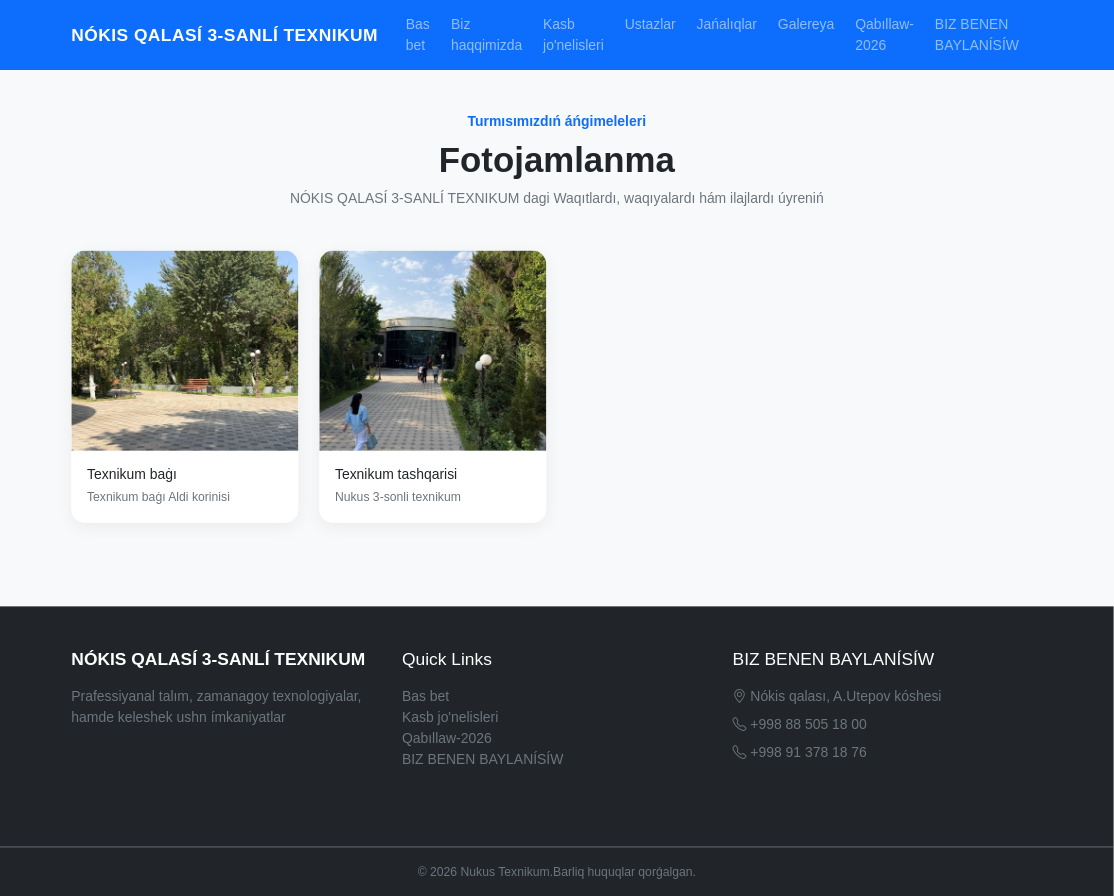
Repository: Neptunescorp/nukus_technicum
Page: http://localhost/gallery/
The author's editor kept a copy of each file at every save. The page is drawn from the files as they stood at one save, then again after the next save.
The browser window is 1280 px wide. The pictures show the whole page, at 87% of full size.
The page is served by the project's application, run on Django 5.2 (manage.py). Other server files are loaded and not shown. The page reads the database file committed with the project.

Above is the page before, as saved 2026-08-19 12:23:15.

### gallery/templates/gallery/list.html
{% extends "base.html" %}

{% block title %}
Galereya | NÓKIS QALASÍ 3-SANLÍ TEXNIKUM
{% endblock %}


{% block content %}

<section class="py-5">

    <div class="container">

        <div class="text-center mb-5">

            <span class="text-primary fw-semibold">
                Turmısımızdıń áńgimeleleri
            </span>

            <h1 class="fw-bold mt-2">
                Fotojamlanma
            </h1>

            <p class="text-secondary">
                NÓKIS QALASÍ 3-SANLÍ TEXNIKUM dagi
                Waqıtlardı, waqıyalardı hám ilajlardı úyreniń

            </p>

        </div>


        <div class="row g-4">

            {% for image in images %}

            <div class="col-6 col-md-4 col-lg-3">

                <div class="gallery-card">

                    <a
                        href="{{ image.image.url }}"
                        target="_blank"
                    >

                        <img
                            src="{{ image.image.url }}"
                            alt="{{ image.title }}"
                            class="gallery-image"
                        >

                    </a>


                    {% if image.title %}

                    <div class="gallery-caption">

                        <h6 class="mb-1">
                            {{ image.title }}
                        </h6>

                        {% if image.description %}

                        <small>
                            {{ image.description|truncatewords:12 }}
                        </small>

                        {% endif %}

                    </div>

                    {% endif %}

                </div>

            </div>

            {% empty %}

            <div class="col-12">

                <div class="text-center py-5">

                    <i
                        class="bi bi-images text-primary"
                        style="font-size:60px;"
                    ></i>

                    <h4 class="mt-3">
                        Galereya bos
                    </h4>

                    <p class="text-secondary">
                        Texnikumdan suretler pát tez arada
                        bulmanda payda boladı.
                    </p>

                </div>

            </div>

            {% endfor %}

        </div>

    </div>

</section>

{% endblock %}

### templates/base.html
{% load static %}

<!DOCTYPE html>
<html lang="en">
<head>
    <meta charset="UTF-8">
    <meta name="viewport" content="width=device-width, initial-scale=1.0">

    <title>{% block title %}NÓKIS QALASÍ 3-SANLÍ TEXNIKUM{% endblock %}</title>

    <!-- Bootstrap -->
    <link
        href="https://cdn.jsdelivr.net/npm/bootstrap@5.3.3/dist/css/bootstrap.min.css"
        rel="stylesheet"
    >

    <!-- Bootstrap Icons -->
    <link
        rel="stylesheet"
        href="https://cdn.jsdelivr.net/npm/bootstrap-icons@1.11.3/font/bootstrap-icons.min.css"
    >

    <!-- Custom CSS -->
    <link rel="stylesheet" href="{% static 'css/style.css' %}">
</head>

<body>

<!-- ================= NAVBAR ================= -->

<nav class="navbar navbar-expand-lg navbar-dark bg-primary sticky-top">
    <div class="container">

        <a class="navbar-brand fw-bold" href="/">
            NÓKIS QALASÍ 3-SANLÍ TEXNIKUM
        </a>

        <button
            class="navbar-toggler"
            type="button"
            data-bs-toggle="collapse"
            data-bs-target="#mainNavbar"
        >
            <span class="navbar-toggler-icon"></span>
        </button>

        <div class="collapse navbar-collapse" id="mainNavbar">

            <ul class="navbar-nav ms-auto">

                <li class="nav-item">
                    <a class="nav-link" href="/">Bas bet</a>
                </li>

                <li class="nav-item">
                    <a class="nav-link" href="/about/">Biz haqqimizda</a>
                </li>

                <li class="nav-item">
                    <a class="nav-link" href="/specialties/">Kasb jo'nelisleri</a>
                </li>

                <li class="nav-item">
                    <a class="nav-link" href="/teachers/">Ustazlar</a>
                </li>

                <li class="nav-item">
                    <a class="nav-link" href="/news/">Jańalıqlar </a>
                </li>

                <li class="nav-item">
                    <a class="nav-link" href="/gallery/">
                        Galereya
                    </a>
                </li>

                <li class="nav-item">
                    <a class="nav-link" href="/admissions/">Qabıllaw-2026 </a>
                </li>

                <li class="nav-item">
                    <a class="nav-link" href="/contact/">BIZ BENEN BAYLANÍSÍW</a>
                </li>

            </ul>

        </div>
    </div>
</nav>


<!-- ================= MAIN CONTENT ================= -->

<main>
    {% block content %}
    {% endblock %}
</main>


<!-- ================= FOOTER ================= -->

<footer class="bg-dark text-white mt-5">

    <div class="container py-5">

        <div class="row">

            <div class="col-md-4 mb-4">

                <h5 class="fw-bold">
                    NÓKIS QALASÍ 3-SANLÍ TEXNIKUM
                </h5>

                <p class="text-secondary">
                    Prafessiyanal talım, zamanagoy texnologiyalar,
                    hamde keleshek ushn ímkaniyatlar
                </p>

            </div>


            <div class="col-md-4 mb-4">

                <h5>Quick Links</h5>

                <ul class="list-unstyled">

                    <li>
                        <a href="/" class="text-secondary text-decoration-none">
                            Bas bet
                        </a>
                    </li>

                    <li>
                        <a href="/specialties/" class="text-secondary text-decoration-none">
                            Kasb jo'nelisleri
                        </a>
                    </li>

                    <li>
                        <a href="/admissions/" class="text-secondary text-decoration-none">
                            Qabıllaw-2026
                        </a>
                    </li>

                    <li>
                        <a href="/contact/" class="text-secondary text-decoration-none">
                            BIZ BENEN BAYLANÍSÍW
                        </a>
                    </li>

                </ul>

            </div>


            <div class="col-md-4">

                <h5>BIZ BENEN BAYLANÍSÍW</h5>

                <p class="text-secondary mb-2">
                    <i class="bi bi-geo-alt"></i>
                    Nókis qalası, A.Utepov kóshesi
                </p>

                <p class="text-secondary mb-2">
                    <i class="bi bi-telephone"></i>
                    +998 88 505 18 00
                </p>

                <p class="text-secondary mb-2">
                    <i class="bi bi-telephone"></i>
                    +998 91 378 18 76
                </p>


            </div>

        </div>

    </div>


    <div class="border-top border-secondary">

        <div class="container py-3 text-center">

            <small class="text-secondary">
                © 2026 Nukus Texnikum.Barliq huquqlar qorǵalgan.
            </small>

        </div>

    </div>

</footer>


<!-- Bootstrap JS -->

<script
    src="https://cdn.jsdelivr.net/npm/bootstrap@5.3.3/dist/js/bootstrap.bundle.min.js">
</script>

</body>
</html>

### gallery/models.py
from django.db import models


class GalleryImage(models.Model):
    title = models.CharField(
        max_length=255,
        blank=True
    )

    image = models.ImageField(
        upload_to="gallery/"
    )

    description = models.TextField(
        blank=True
    )

    created_at = models.DateTimeField(
        auto_now_add=True
    )

    is_active = models.BooleanField(
        default=True
    )

    class Meta:
        ordering = ["-created_at"]

    def __str__(self):
        return self.title or f"Gallery Image {self.id}"

### gallery/views.py
from django.shortcuts import render
from .models import GalleryImage


def gallery_list(request):
    images = GalleryImage.objects.filter(
        is_active=True
    )

    return render(
        request,
        "gallery/list.html",
        {
            "images": images
        }
    )

### config/urls.py
from django.conf import settings
from django.conf.urls.static import static
from django.contrib import admin
from django.urls import include, path


urlpatterns = [
    path("admin/", admin.site.urls),

    path("", include("core.urls")),

    path(
        "specialties/",
        include("specialties.urls")
    ),

    path(
        "teachers/",
        include("teachers.urls")
    ),

    path(
        "news/",
        include("news.urls")
    ),

    path(
        "gallery/",
        include("gallery.urls")
    ),

    path(
        "admissions/",
        include("admissions.urls")
    ),
]


if settings.DEBUG:
    urlpatterns += static(
        settings.MEDIA_URL,
        document_root=settings.MEDIA_ROOT
    )

### core/urls.py
from django.urls import path

from .views import about, contact, home


urlpatterns = [
    path(
        "",
        home,
        name="home"
    ),

    path(
        "about/",
        about,
        name="about"
    ),

    path(
        "contact/",
        contact,
        name="contact"
    ),
]

### specialties/urls.py
from django.urls import path
from .views import specialty_list, specialty_detail


urlpatterns = [
    path("", specialty_list, name="specialty_list"),
    path(
        "<int:pk>/",
        specialty_detail,
        name="specialty_detail"
    ),
]

### teachers/urls.py
from django.urls import path
from .views import teacher_list, teacher_detail


urlpatterns = [
    path("", teacher_list, name="teacher_list"),

    path(
        "<int:pk>/",
        teacher_detail,
        name="teacher_detail"
    ),
]

### news/urls.py
from django.urls import path

from .views import news_detail, news_list


urlpatterns = [
    path("", news_list, name="news_list"),

    path(
        "<int:pk>/",
        news_detail,
        name="news_detail"
    ),
]

### gallery/urls.py
from django.urls import path
from .views import gallery_list


urlpatterns = [
    path("", gallery_list, name="gallery_list"),
]

### admissions/urls.py
from django.urls import path

from .views import admissions


urlpatterns = [
    path("", admissions, name="admissions"),
]

### db.sqlite3 (the tables this page reads, as SQL)
CREATE TABLE "gallery_galleryimage" ("id" integer NOT NULL PRIMARY KEY AUTOINCREMENT, "title" varchar(255) NOT NULL, "image" varchar(100) NOT NULL, "description" text NOT NULL, "created_at" datetime NOT NULL, "is_active" bool NOT NULL);
INSERT INTO "gallery_galleryimage" VALUES
(1, 'Texnikum tashqarisi', 'gallery/telegram-cloud-photo-size-2-5197164158107981223-y.jpg', 'Nukus 3-sonli texnikum', '2026-08-18 05:21:43.258519', 1),
(2, 'Texnikum baġı', 'gallery/telegram-cloud-photo-size-2-5197164158107981275-y.jpg', 'Texnikum baġı Aldi korinisi', '2026-08-18 06:17:04.522841', 1);

Loaded but not shown: static/css/style.css (464 lines, source omitted)

After the next save:
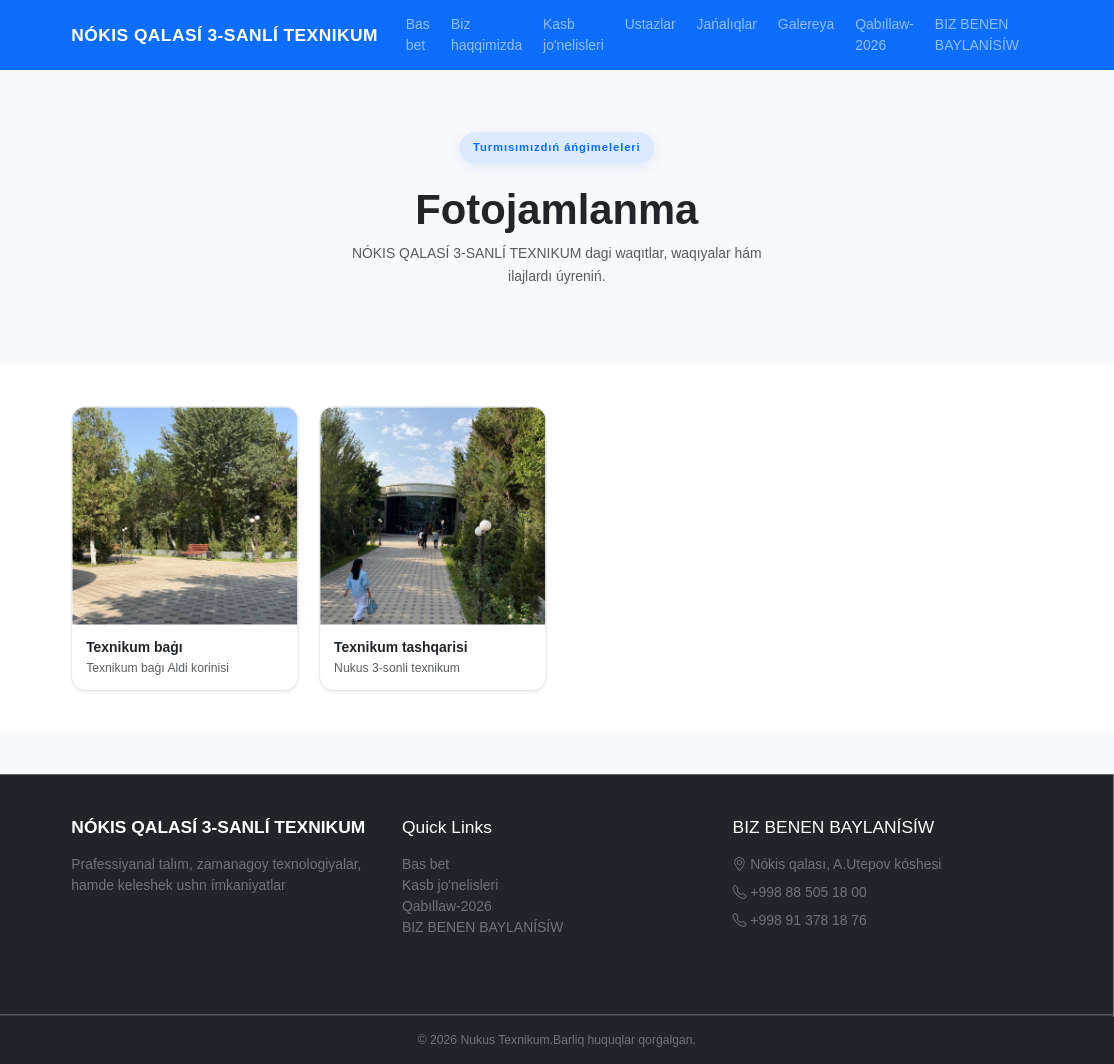
Saved 56 s later.
--- a/gallery/templates/gallery/list.html
+++ b/gallery/templates/gallery/list.html
@@ -7,105 +7,68 @@ Galereya | NÓKIS QALASÍ 3-SANLÍ TEXNIKUM
 
 {% block content %}
 
-<section class="py-5">
+<!-- GALLERY HERO -->
+<section class="py-5 text-center">
+    <div class="container py-4">
+        <span class="hero-badge mb-3 d-inline-block">
+            Turmısımızdıń áńgimeleleri
+        </span>
+        <h1 class="fw-bold display-5 text-dark mt-2">
+            Fotojamlanma
+        </h1>
+        <p class="text-muted mx-auto" style="max-width: 500px; line-height: 1.7;">
+            NÓKIS QALASÍ 3-SANLÍ TEXNIKUM dagi waqıtlar, waqıyalar hám ilajlardı úyreniń.
+        </p>
+    </div>
+</section>
 
+<!-- GALLERY GRID -->
+<section class="py-5 bg-white">
     <div class="container">
-
-        <div class="text-center mb-5">
-
-            <span class="text-primary fw-semibold">
-                Turmısımızdıń áńgimeleleri
-            </span>
-
-            <h1 class="fw-bold mt-2">
-                Fotojamlanma
-            </h1>
-
-            <p class="text-secondary">
-                NÓKIS QALASÍ 3-SANLÍ TEXNIKUM dagi
-                Waqıtlardı, waqıyalardı hám ilajlardı úyreniń
-
-            </p>
-
-        </div>
-
-
         <div class="row g-4">
 
             {% for image in images %}
+            <div class="col-6 col-md-4 col-lg-3">
+                <div class="gallery-card border rounded-4 overflow-hidden shadow-sm h-100 position-relative">
 
-            <div class="col-6 col-md-4 col-lg-3">
-
-                <div class="gallery-card">
-
-                    <a
-                        href="{{ image.image.url }}"
-                        target="_blank"
-                    >
-
+                    <a href="{{ image.image.url }}" target="_blank" class="d-block overflow-hidden">
                         <img
                             src="{{ image.image.url }}"
                             alt="{{ image.title }}"
-                            class="gallery-image"
+                            class="gallery-image w-100"
+                            style="height: 250px; object-fit: cover; transition: transform 0.4s ease;"
                         >
-
                     </a>
 
-
                     {% if image.title %}
-
-                    <div class="gallery-caption">
-
-                        <h6 class="mb-1">
+                    <div class="gallery-caption p-3 bg-white">
+                        <h6 class="fw-bold text-dark mb-1">
                             {{ image.title }}
                         </h6>
-
                         {% if image.description %}
-
-                        <small>
-                            {{ image.description|truncatewords:12 }}
+                        <small class="text-muted d-block" style="line-height: 1.4;">
+                            {{ image.description|truncatewords:10 }}
                         </small>
-
                         {% endif %}
-
                     </div>
-
                     {% endif %}
 
                 </div>
-
             </div>
-
             {% empty %}
-
             <div class="col-12">
-
-                <div class="text-center py-5">
-
-                    <i
-                        class="bi bi-images text-primary"
-                        style="font-size:60px;"
-                    ></i>
-
-                    <h4 class="mt-3">
-                        Galereya bos
-                    </h4>
-
-                    <p class="text-secondary">
-                        Texnikumdan suretler pát tez arada
-                        bulmanda payda boladı.
+                <div class="text-center py-5 border rounded-4 bg-light shadow-sm">
+                    <i class="bi bi-images text-primary" style="font-size: 60px;"></i>
+                    <h4 class="mt-3 text-dark fw-bold">Galereya bos</h4>
+                    <p class="text-muted">
+                        Texnikumdan suretler tez arada bul jerde payda boladı.
                     </p>
-
                 </div>
-
             </div>
-
             {% endfor %}
 
         </div>
-
     </div>
-
 </section>
 
 {% endblock %}
